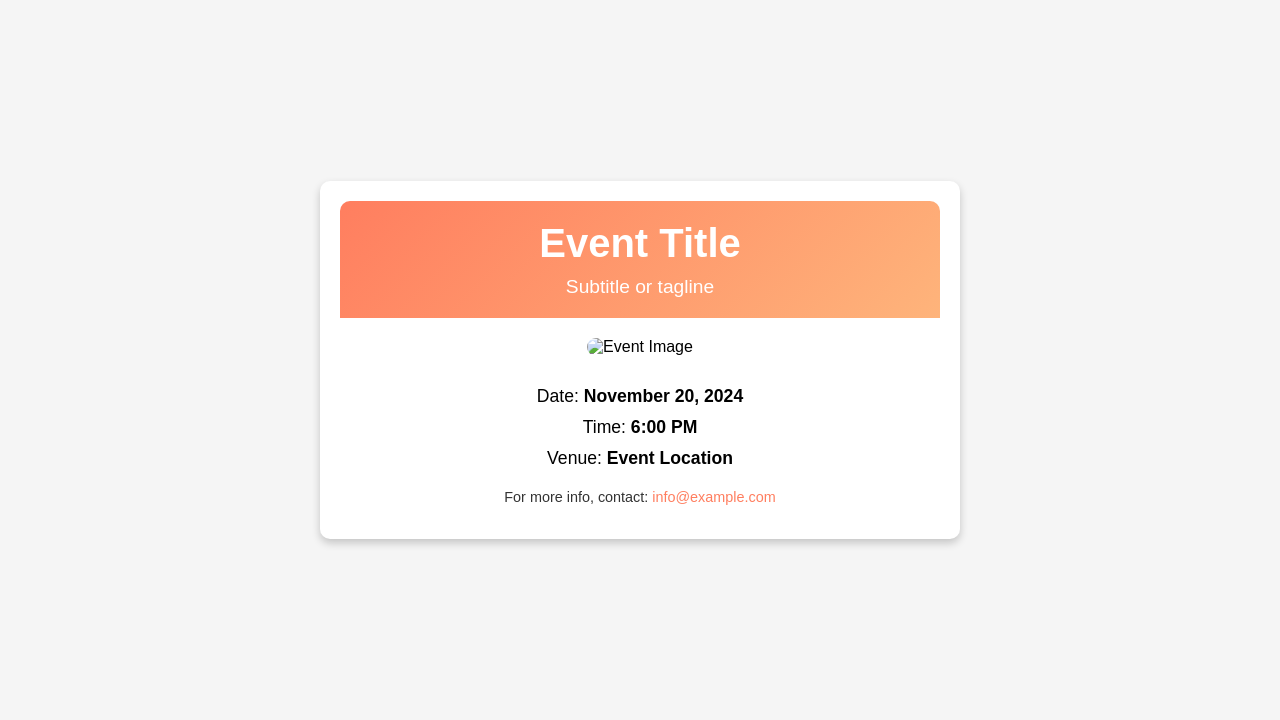
Repository: JOEL-GAYE/Animation-nav
Page: solution/poster/index.html
These files come from the project's save history. The page is drawn as it stood at one moment and after the next save; the edit follows.
The browser window is 1280 px wide. The pictures show the whole page.

Above is the page before, as saved 2024-11-16 16:42:44.
Not found: solution/poster/poster-image.jpg

### solution/poster/index.html
<!DOCTYPE html>
<html lang="en">
<head>
  <meta charset="UTF-8">
  <meta name="viewport" content="width=device-width, initial-scale=1.0">
  <title>Poster</title>
  <link rel="stylesheet" href="index.css">
</head>
<body>
  <div class="poster">
    <header>
      <h1>Event Title</h1>
      <p class="subtitle">Subtitle or tagline</p>
    </header>
    <section class="main-content">
      <img src="poster-image.jpg" alt="Event Image">
      <p>Date: <strong>November 20, 2024</strong></p>
      <p>Time: <strong>6:00 PM</strong></p>
      <p>Venue: <strong>Event Location</strong></p>
    </section>
    <footer>
      <p>For more info, contact: <a href="mailto:info@example.com">info@example.com</a></p>
    </footer>
  </div>
</body>
</html>

### solution/poster/index.css
/* General Reset */
body {
    margin: 0;
    font-family: Arial, sans-serif;
    background: #f5f5f5;
    display: flex;
    justify-content: center;
    align-items: center;
    height: 100vh;
  }

  .poster {
    background: #ffffff;
    width: 80%;
    max-width: 600px;
    border-radius: 10px;
    box-shadow: 0 4px 8px rgba(0, 0, 0, 0.2);
    padding: 20px;
    text-align: center;
  }

  /* Header */
  header {
    background: linear-gradient(135deg, #ff7e5f, #feb47b);
    color: #ffffff;
    padding: 20px;
    border-radius: 10px 10px 0 0;
  }

  header h1 {
    margin: 0;
    font-size: 2.5em;
  }

  header .subtitle {
    margin: 10px 0 0;
    font-size: 1.2em;
  }

  /* Main Content */
  .main-content {
    margin: 20px 0;
  }

  .main-content img {
    max-width: 100%;
    border-radius: 10px;
    margin-bottom: 20px;
  }

  .main-content p {
    margin: 10px 0;
    font-size: 1.1em;
  }

  /* Footer */
  footer {
    margin-top: 20px;
    font-size: 0.9em;
    color: #333;
  }

  footer a {
    color: #ff7e5f;
    text-decoration: none;
  }

  footer a:hover {
    text-decoration: underline;
  }

After the next save:
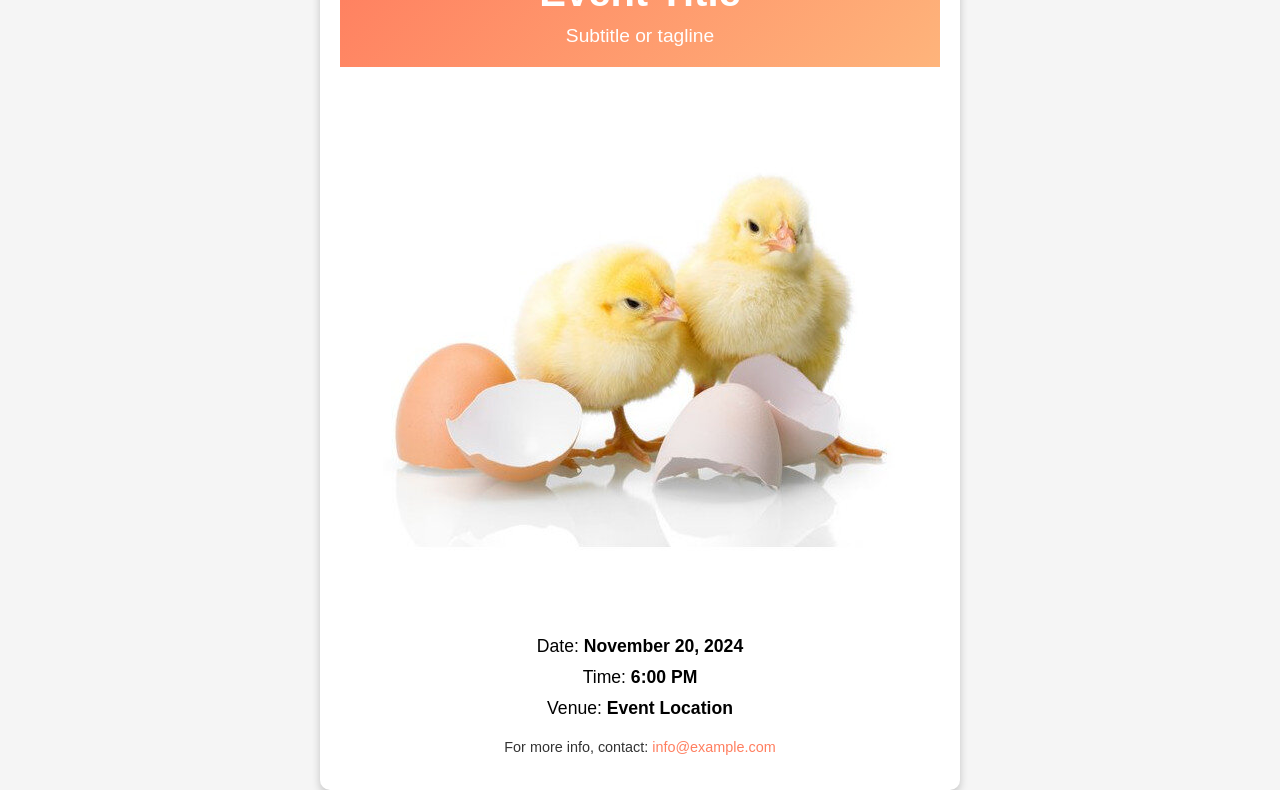
Saved 13 s later.
--- a/solution/poster/index.html
+++ b/solution/poster/index.html
@@ -13,7 +13,7 @@
       <p class="subtitle">Subtitle or tagline</p>
     </header>
     <section class="main-content">
-      <img src="poster-image.jpg" alt="Event Image">
+      <img src="./assests/ndogo.jpg" alt="Event Image">
       <p>Date: <strong>November 20, 2024</strong></p>
       <p>Time: <strong>6:00 PM</strong></p>
       <p>Venue: <strong>Event Location</strong></p>
